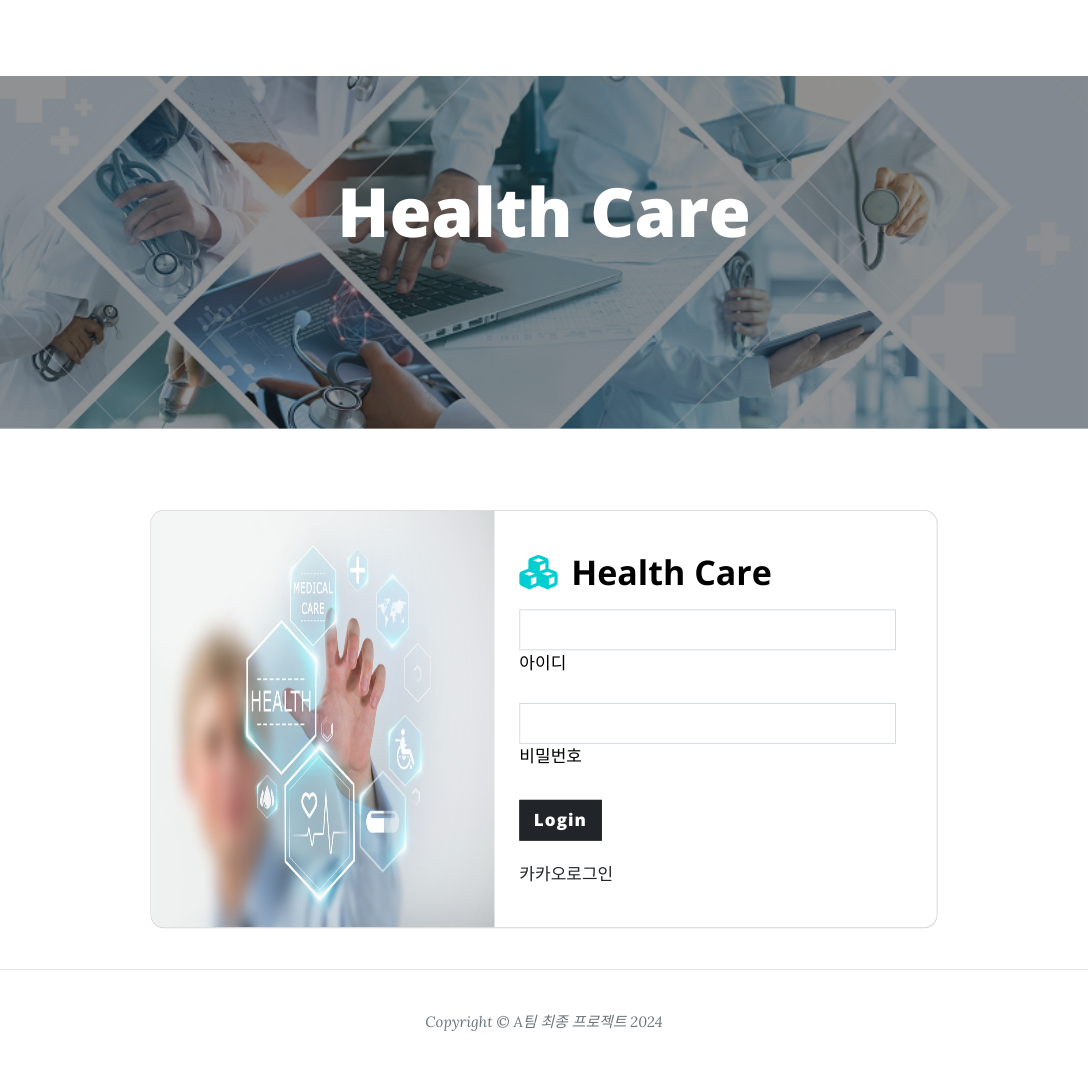
Repository: honsb91/project
Page: http://localhost/hospital/member/login.jsp
An editor plug-in stored every save of this project. The page is shown before and after a run of saves, followed by the edit.
The browser window is 1280 px wide. The pictures show the whole page, at 85% of full size.
Some web libraries are served in a nearby version. The page is served by Tomcat 9. Nobody is signed in. The application's start-up code is not run. The template is opened directly, without the code that normally fills it, so the values that code supplies are empty.

Above is the page before, as saved 2024-01-31 03:05:21.

After the next 2 saves:
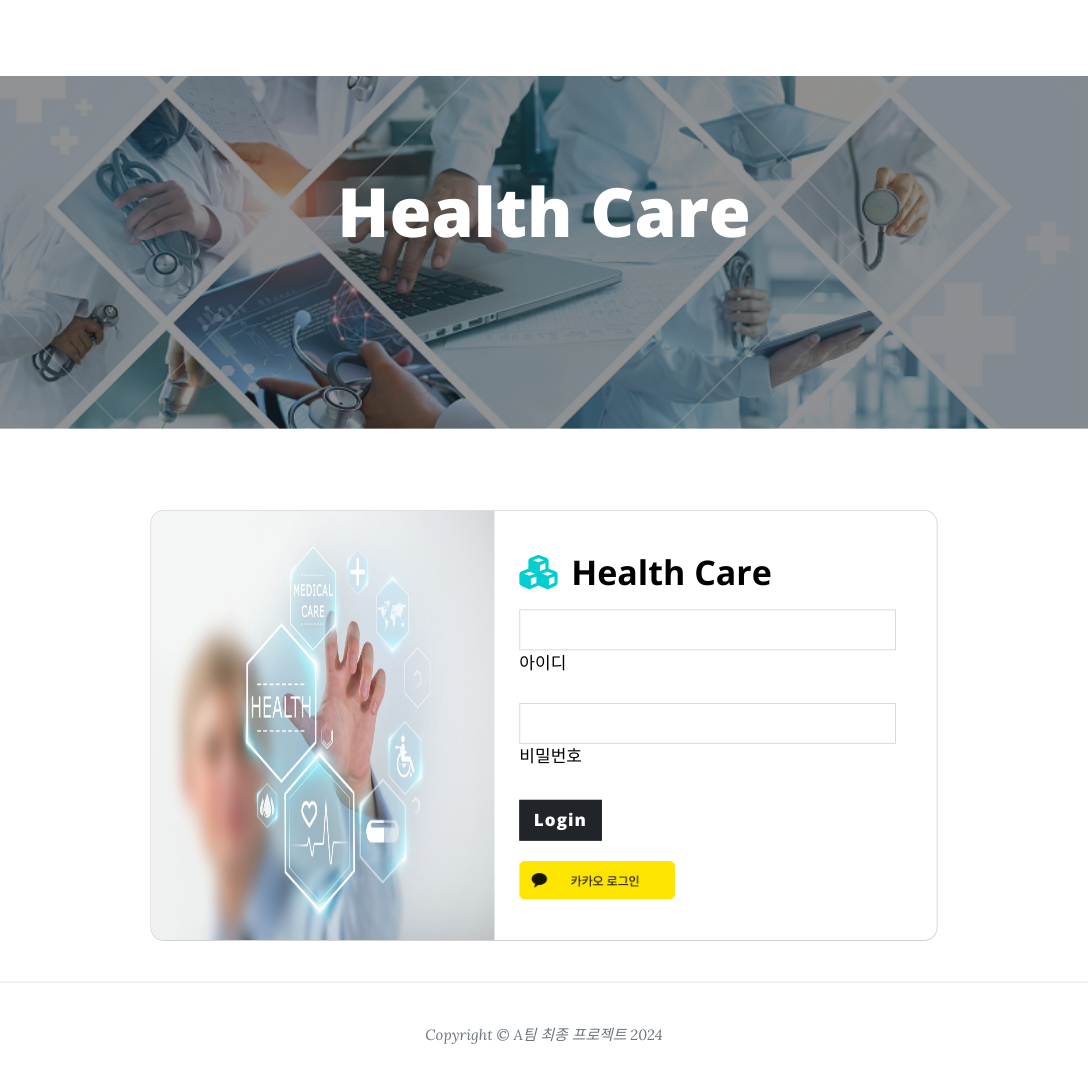
The 2 saves are shown as one change because they came seconds apart.
The last was saved 82 s later.
--- a/hospital/src/main/webapp/member/login.jsp
+++ b/hospital/src/main/webapp/member/login.jsp
@@ -43,8 +43,9 @@
                   <div class="pt-1 mb-4">
                     <button class="btn btn-dark btn-lg btn-block" name="login_button" type="button">Login</button>
                   </div>
-
-                  <a href="/resources/img/kakao.png">카카오로그인</a>
+                  <a id="kakao-login-btn" href="#" onclick="loginWithKakao()">
+        				<img alt="카카오로그인" src="/resources/img/kakao.png">
+    				</a>
                 </form>
               </div>
             </div>
